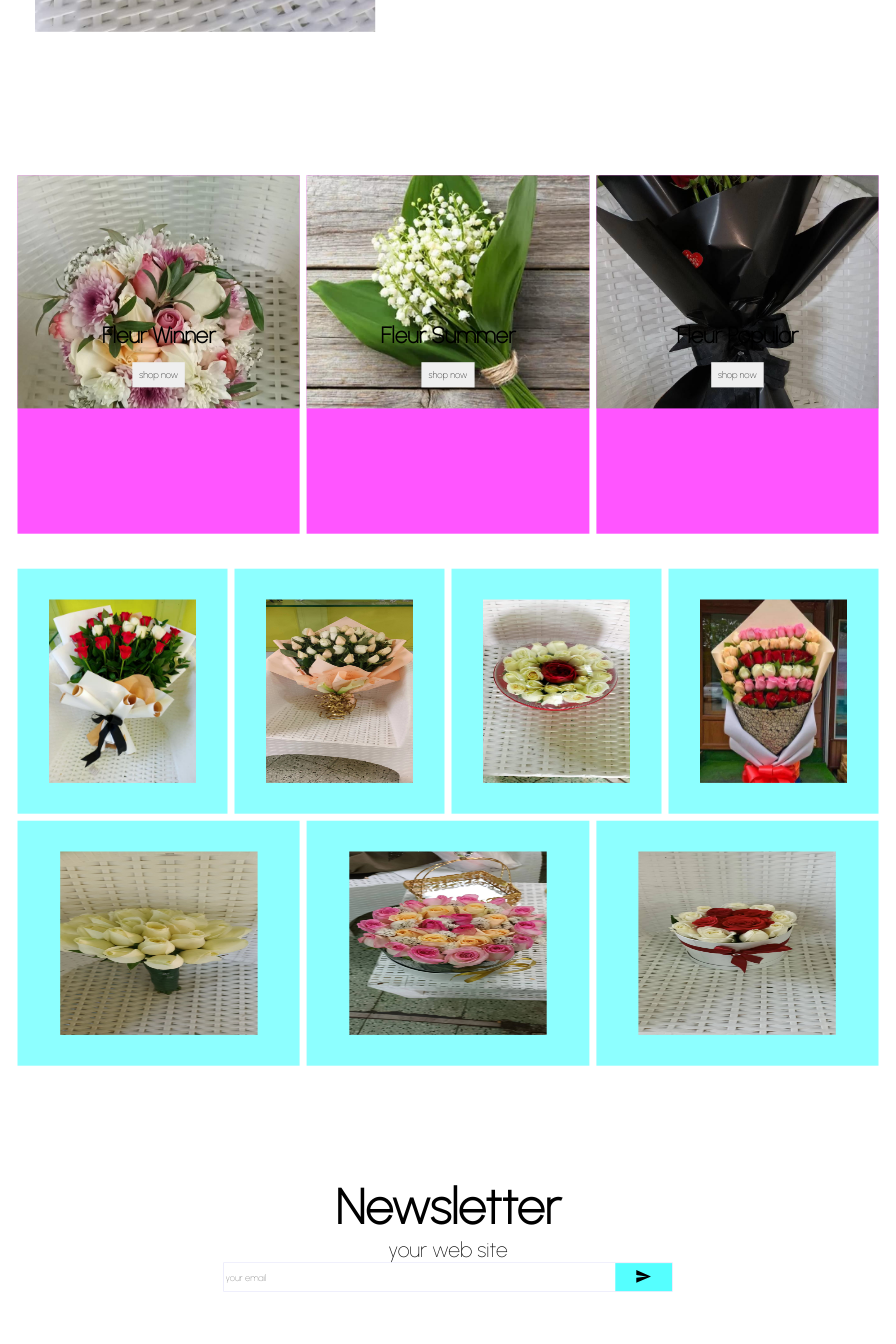
Repository: jarraymassaoud/react-web
Page: /
The author's editor kept a copy of each file at every save. The page is drawn from the files as they stood at one save, then again after the next save.
The browser window is 1280 px wide. The pictures show the part of the page from y = 729 to 2649 px (the page is 2887 px tall before and 2631 px after), at 70% of full size.
The project was rebuilt for these pictures with package versions that can differ from the ones it lists, and the page was loaded fresh each time. Also part of the build but not shown: src/pages/Cart.jsx, src/pages/Login.jsx, src/pages/Bunch.jsx.

Above is the page before, as saved 2022-05-31 08:13:46.

### public/index.html
<!DOCTYPE html>
<html lang="en">
  <head>
    <meta charset="utf-8" />
    <link rel="icon" href="%PUBLIC_URL%/favicon.ico" />
    <meta name="viewport" content="width=device-width, initial-scale=1" />
    <meta name="theme-color" content="#000000" />
    <meta
      name="description"
      content="Web site created using create-react-app"
    />
    <link rel="preconnect" href="https://fonts.googleapis.com" />
    <link rel="preconnect" href="https://fonts.gstatic.com" crossorigin />
    <link
      href="https://fonts.googleapis.com/css2?family=Urbanist:wght@100&display=swap"
      rel="stylesheet"
    />
    <style>
      * {
        margin: 0;
        font-family: "Urbanist", sans-serif;
      }
    </style>
    <!--
      manifest.json provides metadata used when your web app is installed on a
      user's mobile device or desktop. See https://developers.google.com/web/fundamentals/web-app-manifest/
    -->
    <!--
      Notice the use of %PUBLIC_URL% in the tags above.
      It will be replaced with the URL of the `public` folder during the build.
      Only files inside the `public` folder can be referenced from the HTML.

      Unlike "/favicon.ico" or "favicon.ico", "%PUBLIC_URL%/favicon.ico" will
      work correctly both with client-side routing and a non-root public URL.
      Learn how to configure a non-root public URL by running `npm run build`.
    -->
    <title>React App</title>
  </head>
  <body>
    <noscript>You need to enable JavaScript to run this app.</noscript>
    <div id="root"></div>
    <!--
      This HTML file is a template.
      If you open it directly in the browser, you will see an empty page.

      You can add webfonts, meta tags, or analytics to this file.
      The build step will place the bundled scripts into the <body> tag.

      To begin the development, run `npm start` or `yarn start`.
      To create a production bundle, use `npm run build` or `yarn build`.
    -->
  </body>
</html>

### src/App.jsx
import React from "react";
import Cart from "./pages/Cart";
import Login from "./pages/Login";
import Home from "./pages/Home";
import Bunch from "./pages/Bunch";

const App = () => {
  return <Home />;
};

export default App;

### src/pages/Home.jsx
import React from "react";
import Annonce from "../components/Annonce";
import Navbar from "../components/Navbar";
import Slider from "../components/Slider";
import Categories from "../components/Categories";
import Products from "../components/Products";
import Newsletter from "../components/Newsletter";
import Footer from "../components/Footer";

const Home = () => {
  return (
    <div>
      <Annonce />
      <Navbar />
      <Slider />
      <Categories />
      <Products />
      <Newsletter />
      <Footer />
    </div>
  );
};

export default Home;

### src/components/Annonce.jsx
import styled from "styled-components";

const Container = styled.div`
  height: 30px;
  background-color: teal;
  color: white;
  display: flex;
  align-items: center;
  justify-content: center;
  font-size: 14px;
  font-weight: 500;
  margin: 10px;
`;

const Annonce = () => {
  return (
    <div>
      <Container>nouvelle promotion</Container>
    </div>
  );
};

export default Annonce;

### src/components/Footer.jsx
import {
  Facebook,
  GitHub,
  LinkedIn,
  MailOutline,
  Phone,
  Room,
} from "@material-ui/icons";
import React from "react";
import styled from "styled-components";
const Container = styled.div`
  display: flex;
  border: 0.5px solid lightgray;
  border-radius: 10px;
  background-color: gainsboro;
`;
const Left = styled.div`
  flex: 1;
  display: flex;
  padding: 20px;
  flex-direction: column;
  margin-left: 100px;
`;
const Logo = styled.h1``;
const Desc = styled.p`
  margin: 20px 0px;
`;
const SocialContainer = styled.div`
  display: flex;
`;
const SocialIcon = styled.div`
  width: 40px;
  height: 40px;
  border-radius: 50%;
  color: white;
  background-color: #${(props) => props.color};
  display: flex;
  align-items: center;
  justify-content: center;
  margin-right: 10px;
`;

const Center = styled.div`
  flex: 1;
  padding: 20px;
  align-items: center;
  justify-content: center;
`;
const Title = styled.h3`
  margin-bottom: 30px;
`;
const List = styled.ul`
  margin: 0px;
  padding: 0px;
  list-style: none;
  flex-wrap: wrap;
`;
const ListItem = styled.li`
  width: 50%;
`;
const Right = styled.div`
  flex: 1;
  padding: 20px;
  justify-content: center;
  align-items: center;
  margin-left: 100px;
`;
const ContactItem = styled.div``;

const Footer = () => {
  return (
    <Container>
      <Left>
        <Logo> MS</Logo>
        <Desc>My web site</Desc>
        <SocialContainer>
          <SocialIcon color="0080ff">
            <Facebook />
          </SocialIcon>
          <SocialIcon color="0059b3">
            <LinkedIn />
          </SocialIcon>
          <SocialIcon color="000000">
            <GitHub />
          </SocialIcon>
        </SocialContainer>
      </Left>
      <Center>
        <Title> Links</Title>
        <List>
          <ListItem>Home</ListItem>
          <ListItem>Cart</ListItem>
          <ListItem>Accesoires</ListItem>
          <ListItem>MyAccount</ListItem>
        </List>
      </Center>
      <Right>
        <Title> Contact</Title>
        <ContactItem>
          <Room />
          Tunisia
        </ContactItem>
        <ContactItem>
          <Phone />
          26092674
        </ContactItem>
        <ContactItem>
          <MailOutline /> jarraymassoud@gmail.com
        </ContactItem>
      </Right>
    </Container>
  );
};

export default Footer;

### src/components/Navbar.jsx
import { Search, ShoppingCartOutlined } from "@material-ui/icons";
import { Badge } from "@material-ui/core";
import React from "react";
import styled from "styled-components";

const Container = styled.div`
  height: 40px;
`;

const Wrapper = styled.div`
  padding: 4px 20px;
  display: flex;
  justify-content: space-between;
`;

const Left = styled.div`
  flex: 1;
  display: flex;
  align-items: center;
`;

const Language = styled.span`
  font-size: 14px;
  cursor: pointer;
`;
const SearchContainer = styled.div`
  border: 0.5px solid lightgray;
  display: flex;
  align-items: center;
  margin-left: 20px;
  padding: 5px;
`;
const Input = styled.input`
  border: none;
`;
const Center = styled.div`
  flex: 1;
  text-align: center;
`;
const Logo = styled.h1`
  font-weight: bold;
  display: flex;
  justify-content: center;
`;
const Right = styled.div`
  flex: 1;
  display: flex;
  align-items: center;
  justify-content: flex-end;
`;
const MenuItem = styled.div`
  font-size: 14px;
  cursor: pointer;
  margin-left: 20px;
`;
const Navbar = () => {
  return (
    <Container>
      <Wrapper>
        <Left>
          <Language>EN</Language>
          <SearchContainer>
            <Input />
            <Search style={{ color: "red", fontSize: 16 }} />
          </SearchContainer>
        </Left>
        <Center>
          <Logo>My boutique MS</Logo>
        </Center>
        <Right>
          <MenuItem>Register</MenuItem>
          <MenuItem> Sign In</MenuItem>
          <MenuItem>
            <Badge badgeContent={100} color="primary" max={99}>
              <ShoppingCartOutlined />
            </Badge>
          </MenuItem>
        </Right>
      </Wrapper>
    </Container>
  );
};

export default Navbar;

### src/components/Slider.jsx
import React from "react";

import { ArrowLeftOutlined, ArrowRightOutlined } from "@material-ui/icons";
import styled from "styled-components";
import { sliderItems } from "../data";
import { useState } from "react";

const Container = styled.div`
  width: 100%;
  height: 120vh;
  display: flex;
  position: relative;
  overflow: hidden;
`;

const Arrow = styled.div`
  width: 50px;
  height: 50px;
  border-radius: 50%;
  display: flex;
  align-items: center;
  justify-content: center;
  position: absolute;
  top: 0%;
  left: ${(props) => props.direction === "left" && "10px"};
  right: ${(props) => props.direction === "right" && "10px"};
  bottom: 5%;
  margin: auto;
  cursor: pointer;
  opacity: 0.5;
  z-index: 2;
`;
const Wrapper = styled.div`
  height: 90%;
  display: flex;
  transition: all 1.5s ease;
  transform: translateX(${(props) => props.slideIndex * -100}vw);
`;
const Slide = styled.div`
  width: 100vw;
  height: 100vh;
  display: flex;
  align-items: center;
  background-color: #${(props) => props.bg};
`;
const ImgContainer = styled.div`
  padding-left: 50px;
  height: 90%;
  flex: 1;
`;
const InfoContainer = styled.div`
  flex: 1;
`;
const Image = styled.img`
  height: 100%;
`;
const Title = styled.h1`
  font-family: sans-serif;
  font-size: 50px;
`;
const Desc = styled.p`
  margin: 30px 0px;
  font-size: 20px;
  font-weight: 500;
  letter-spacing: 2px;
`;
const Button = styled.button`
  padding: 10px;
  font-size: 20px;
  background-color: transparent;
  cursor: pointer;
`;

const Slider = () => {
  const [slideIndex, setSlideIndex] = useState(0);
  const handleClick = (direction) => {
    if (direction === "left") {
      setSlideIndex(slideIndex > 0 ? slideIndex - 1 : 2);
    } else {
      setSlideIndex(slideIndex < 2 ? slideIndex + 1 : 0);
    }
  };

  return (
    <Container>
      <Arrow direction="left" onClick={() => handleClick("left")}>
        <ArrowLeftOutlined />
      </Arrow>
      <Wrapper slideIndex={slideIndex}>
        {sliderItems.map((item) => (
          <Slide>
            <ImgContainer>
              <Image src={item.img} />
            </ImgContainer>
            <InfoContainer>
              <Title>{item.title}</Title>
              <Desc>{item.desc}</Desc>
              <Button>show new</Button>
            </InfoContainer>
          </Slide>
        ))}
      </Wrapper>

      <Arrow direction="right" onClick={() => handleClick("right")}>
        <ArrowRightOutlined />
      </Arrow>
    </Container>
  );
};

export default Slider;

### src/components/Categories.jsx
import styled from "styled-components";
import React from "react";
import { categories } from "../data";
import CategoryItem from "./CategoryItem";

const Container = styled.div`
  flex: 1;
  display: flex;
  padding: 20px;
`;
const Categories = () => {
  return (
    <Container>
      {categories.map((item) => (
        <CategoryItem item={item} />
      ))}
    </Container>
  );
};

export default Categories;

### src/components/Products.jsx
import styled from "styled-components";
import { products } from "../data";
import Product from "./Product";

const Container = styled.div`
  display: flex;
  padding: 20px;
  flex-wrap: wrap;
  justify-content: space-between;
`;
const Products = () => {
  return (
    <Container>
      {products.map((item) => (
        <Product item={item} key={item.id} />
      ))}
    </Container>
  );
};

export default Products;

### src/components/Newsletter.jsx
import { Send } from "@material-ui/icons";
import styled from "styled-components";

const Container = styled.div`
  height: 60vh;
  background-color: white;
  display: flex;
  align-items: center;
  justify-content: center;
  flex-direction: column;
`;
const Title = styled.h1`
  font-size: 70px;
`;
const Desc = styled.div`
  font-size: 30px;
  font-weight: 300;
`;
const InputContainer = styled.div`
  width: 50%;
  height: 40px;
  display: flex;
  justify-content: space-between;
  border: 1px solid lavender;
`;
const Input = styled.input`
  border: none;
  flex: 8;
`;
const Button = styled.button`
  flex: 1;
  border: none;
  background-color: #5ff;
`;

const Newsletter = () => {
  return (
    <Container>
      <Title> Newsletter</Title>
      <Desc> your web site</Desc>
      <InputContainer>
        <Input placeholder="your email" />
        <Button>
          <Send />
        </Button>
      </InputContainer>
    </Container>
  );
};

export default Newsletter;

### src/data.js
export const sliderItems = [
  {
    id: 1,
    img: "images/img1.jpg",
    title: "Fleur Winner",
    desc: "Bouquet de fleur rouge",
    bg: "fcf1ed",
  },

  {
    id: 2,
    img: "images/img25.jpg",
    title: "Fleur Summer",
    desc: "Bouquet de fleur rouge",
    bg: "f5fafd",
  },
  {
    id: 3,
    img: "images/img20.jpg",
    title: "Fleur Popular",
    desc: "Bouquet de fleur popular",
    bg: "fbf0f4",
  },
];

export const categories = [
  {
    id: 1,
    img: "images/img4.jpg",
    title: "Fleur Winner",
  },
  {
    id: 2,
    img: "images/img5.jpg",
    title: "Fleur Summer",
  },
  {
    id: 3,
    img: "images/img6.jpg",
    title: "Fleur Popular",
  },
];
export const products = [
  {
    id: 1,
    img: "images/img7.jpg",
  },
  {
    id: 2,
    img: "images/img8.jpg",
  },
  {
    id: 3,
    img: "images/img10.jpg",
  },
  {
    id: 4,
    img: "images/img11.jpg",
  },
  {
    id: 5,
    img: "images/img13.jpg",
  },

  {
    id: 6,
    img: "images/img14.jpg",
  },
  {
    id: 6,
    img: "images/img26.jpg",
  },
];

### src/components/CategoryItem.jsx
import React from "react";
import styled from "styled-components";

const Container = styled.div`
  flex: 1;
  margin: 5px;
  height: 40vw;
  background-color: #f5f;

  position: relative;
`;
const Image = styled.img`
  width: 100%;
  height: 65%;
  object-fit: cover;
`;
const Info = styled.div`
  position: absolute;
  top: 0%;
  left: 0%;
  width: 100%;
  height: 100%;
  align-items: center;
  display: flex;
  flex-direction: column;
  justify-content: center;
`;
const Title = styled.h1`
  margin-bottom: 20px;
`;
const Button = styled.button`
  border: none;
  padding: 10px;
  cursor: pointer;
  align-items: center;
  font-weight: 600%;
`;
const CategoryItem = ({ item }) => {
  return (
    <Container>
      <Image src={item.img} />
      <Info>
        <Title>{item.title}</Title>
        <Button> shop now</Button>
      </Info>
    </Container>
  );
};

export default CategoryItem;

### src/components/Product.jsx
import {
  FavoriteBorderOutlined,
  SearchOutlined,
  ShoppingCartOutlined,
} from "@material-ui/icons";
import styled from "styled-components";

const Info = styled.div`
  opacity: 0;
  width: 100%;
  height: 100%;
  top: 0%;
  left: 0%;
  position: absolute;
  background-color: rgba(0, 0, 0, 0.2);
  align-items: center;
  justify-content: center;
  display: flex;
  z-index: 3;
  transform: all 0.5s ease;
  cursor: pointer;
`;
const Container = styled.div`
  flex: 1;
  margin: 5px;
  min-width: 280px;
  height: 350px;
  display: flex;
  align-items: center;
  justify-content: center;
  background-color: #5ffa;
  position: relative;

  &:hover ${Info} {
    opacity: 1;
  }
`;
const Image = styled.img`
  height: 75%;
  z-index: 2;
  width: 70%;
`;
/*const Circle = styled.div`
  width: 200px;
  height: 200px;
  border-radius: 70%;
  background-color: white;
  position: absolute;
`;*/
const Icon = styled.div`
  width: 40px;
  height: 40px;
  border-radius: 50%;
  background-color: white;
  align-items: center;
  display: flex;
  justify-content: center;
  margin: 10px;
  transition: all 0.5s ease;

  &:hover {
    background-color: #e9f5f5;
    transform: scale(1.5);
  }
`;

const Product = ({ item }) => {
  return (
    <Container>
      <Image src={item.img} />
      <Info>
        <Icon>
          <SearchOutlined />
        </Icon>
        <Icon>
          <FavoriteBorderOutlined />
        </Icon>
        <Icon>
          <ShoppingCartOutlined />
        </Icon>
      </Info>
    </Container>
  );
};

export default Product;

Loaded but not shown: src/index.js (common file); src/index.css (common file); src/reportWebVitals.js (common file)

After the next save:
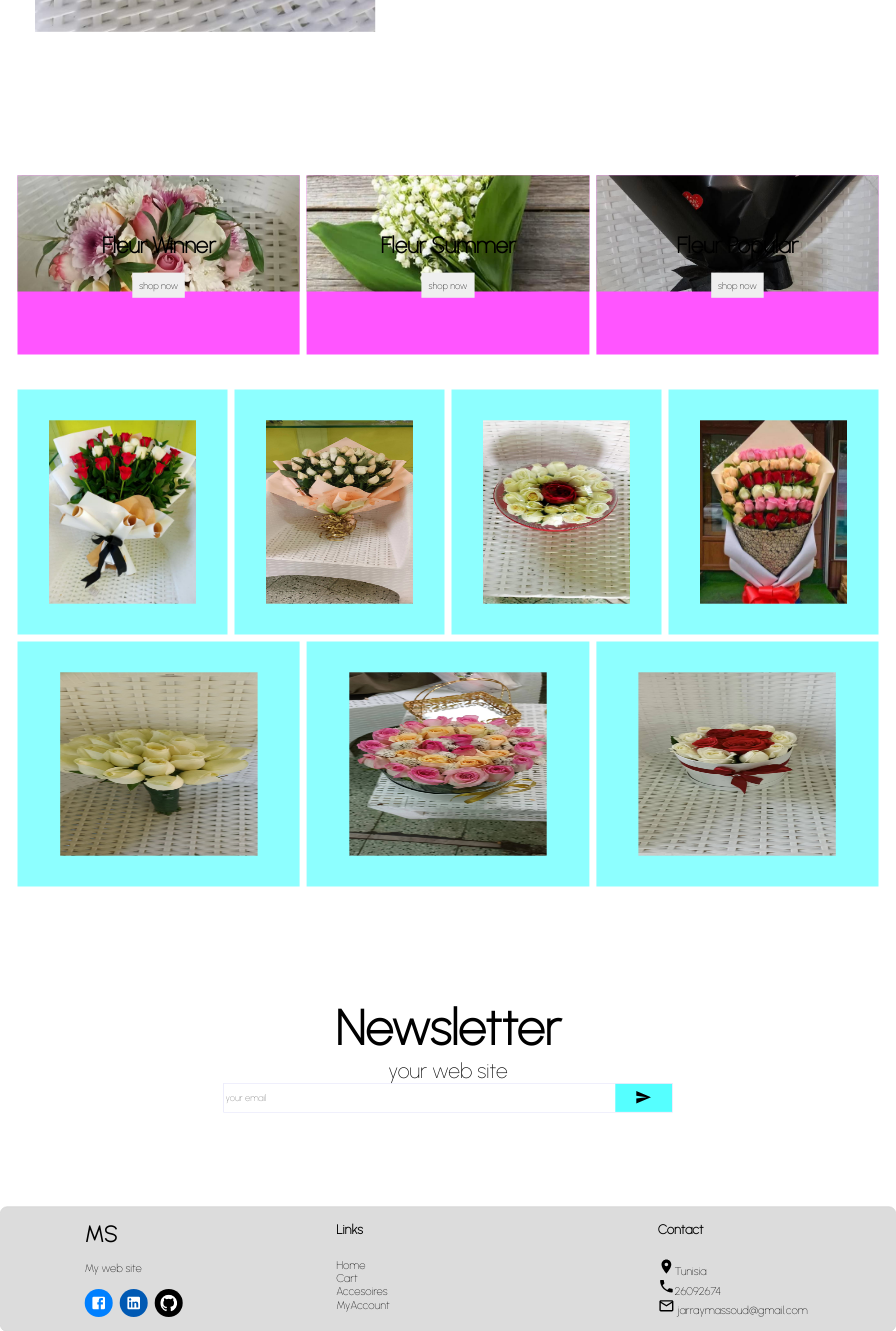
Saved 2 min 7 s later.
--- a/src/components/CategoryItem.jsx
+++ b/src/components/CategoryItem.jsx
@@ -4,7 +4,7 @@ import styled from "styled-components";
 const Container = styled.div`
   flex: 1;
   margin: 5px;
-  height: 40vw;
+  height: 20vw;
   background-color: #f5f;
 
   position: relative;
